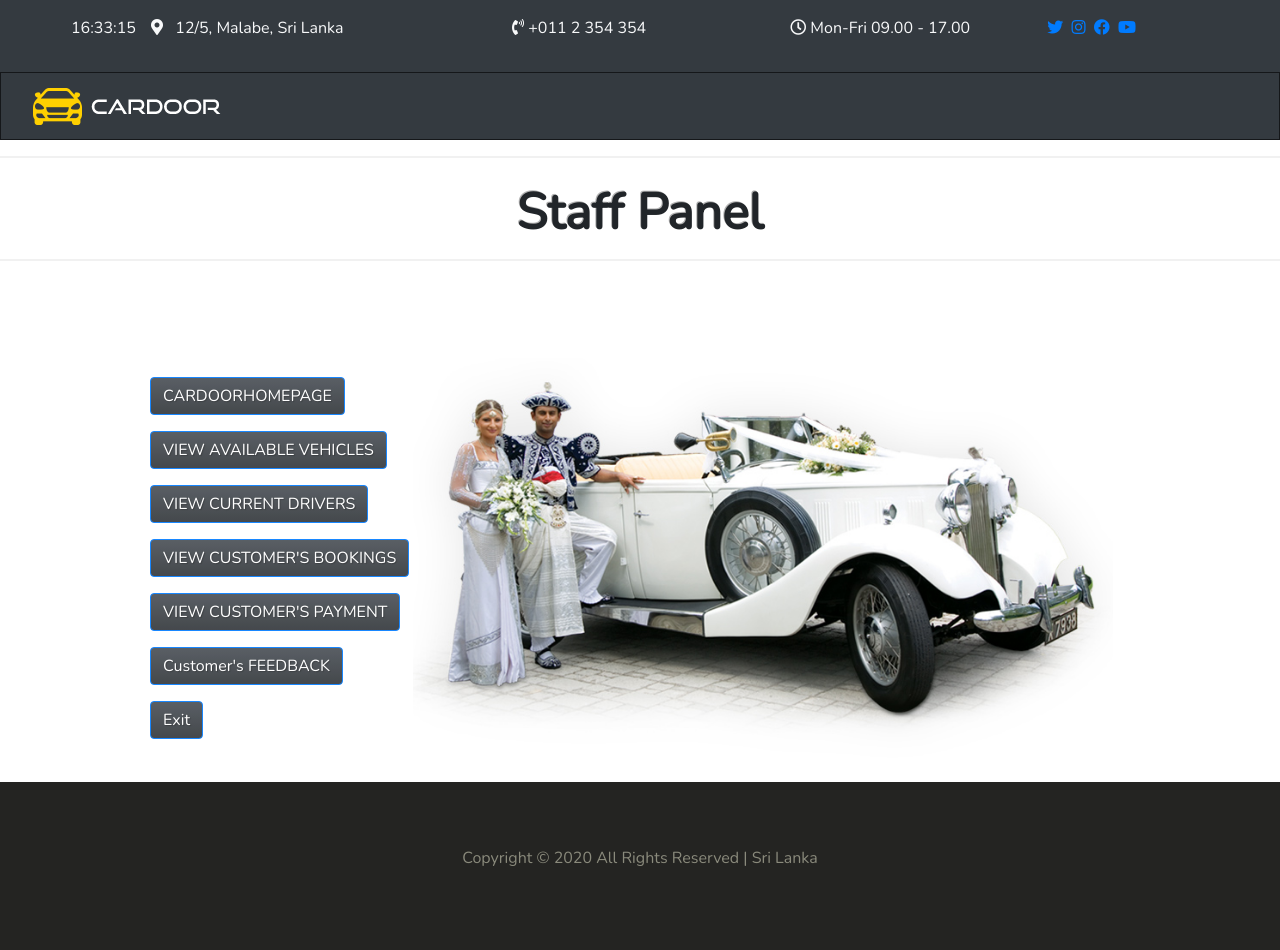
Repository: NipunLakshan99/Cardoor
Page: RentCar/WebContent/index.html
These files come from the project's save history. The page is drawn as it stood at one moment and after the next save; the edit follows.
The browser window is 1280 px wide. The pictures show the whole page.
Some web libraries are served in a nearby version.

Above is the page before, as saved 2020-05-13 19:40:05.

After the next save:
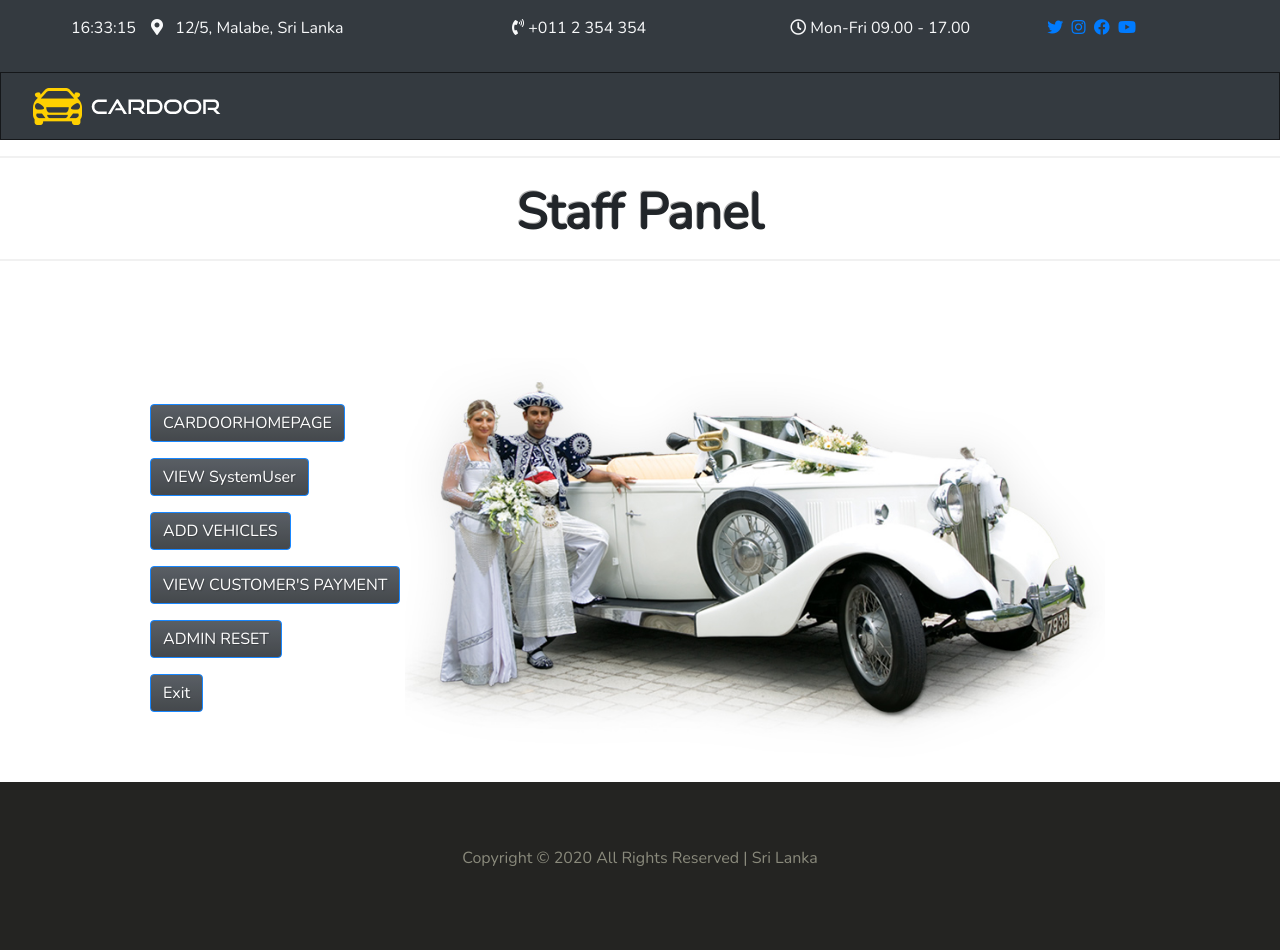
Saved 2 min 14 s later.
--- a/RentCar/WebContent/index.html
+++ b/RentCar/WebContent/index.html
@@ -108,11 +108,10 @@
 
 	 <div class="btn-group-vertical" data-toggle="buttons">
  		 <a href="Home.jsp"><button type="button" class="btn btn-primary">CARDOORHOMEPAGE</button></a>
- 		 <a href="viewvehicles.jsp"><button type="button" class="btn btn-primary">VIEW AVAILABLE VEHICLES</button></a>
-  		 <a href="viewdrivers.jsp"><button type="button" class="btn btn-primary">VIEW CURRENT DRIVERS</button></a>
-  		 <a href="viewbookings.jsp"><button type="button" class="btn btn-primary">VIEW CUSTOMER'S BOOKINGS</button></a>
+ 		 <a href="viewvehicles.jsp"><button type="button" class="btn btn-primary">VIEW SystemUser</button></a>
+  		 <a href="viewdrivers.jsp"><button type="button" class="btn btn-primary">ADD VEHICLES</button></a>
   		 <a href="viewbookings.jsp"><button type="button" class="btn btn-primary">VIEW CUSTOMER'S PAYMENT</button></a>
- 		 <a href="#"><button type="button" class="btn btn-primary">Customer's FEEDBACK</button></a>
+  		 <a href="viewbookings.jsp"><button type="button" class="btn btn-primary">ADMIN RESET</button></a>
  		 <a href="Home.jsp"><button type="button" class="btn btn-primary">Exit</button></a>
 
 	 </div>
